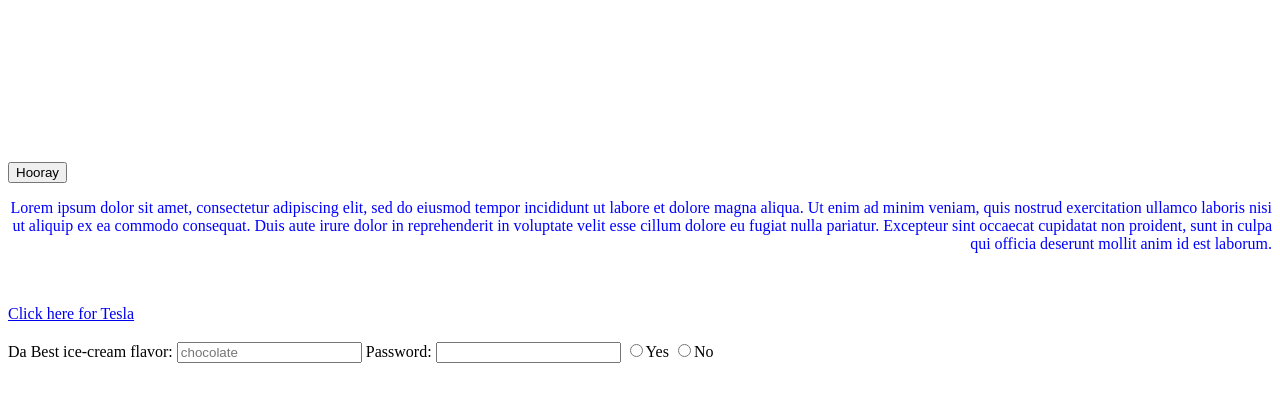
Repository: amilevich/1028PegaUSF
Page: workspace-sts-3.9.4.RELEASE/HelloHTML/src/main/webapp/index.html
The author's editor kept a copy of each file at every save. The page is drawn from the files as they stood at one save, then again after the next save.
The browser window is 1280 px wide. The pictures show the whole page.

Above is the page before, as saved 2019-11-21 20:17:08.

### workspace-sts-3.9.4.RELEASE/HelloHTML/src/main/webapp/index.html
<!DOCTYPE html>
<html>
<head>
<meta charset="UTF-8">
<title>Super Amazing Web Page</title>
</head>
<body>
<div style="color: white">
	<h1>Hello HTML</h1>
	<h3>Goodbye and Hello and Hello World</h3>
	<h5>Code like a Boss</h5>
</div>
	<button>Hooray</button>

	<!-- span element is for inline elements and is usually used for small chunks of HTML vs div element is block-line and is used to group larger chunks of code -->

	<!-- This is a comment -->

	<p style= "color: blue; text-align: right" >Lorem ipsum dolor sit amet, consectetur adipiscing elit, sed do
		eiusmod tempor incididunt ut labore et dolore magna aliqua. Ut enim ad
		minim veniam, quis nostrud exercitation ullamco laboris nisi ut
		aliquip ex ea commodo consequat. Duis aute irure dolor in
		reprehenderit in voluptate velit esse cillum dolore eu fugiat nulla
		pariatur. Excepteur sint occaecat cupidatat non proident, sunt in
		culpa qui officia deserunt mollit anim id est laborum.</p>

		<img src="">

		<br/>
		<br/>

	<a href="tesla.com">Click here for Tesla</a>

	<br/>
	<br/>

	<form>
	Da Best ice-cream flavor:
	<input type="text" placeholder="chocolate"/>
	Password:
	<input type="password"/>
	<input type="radio"/>Yes
	<input type="radio"/>No

	</form>

</body>
</html>

After the next save:
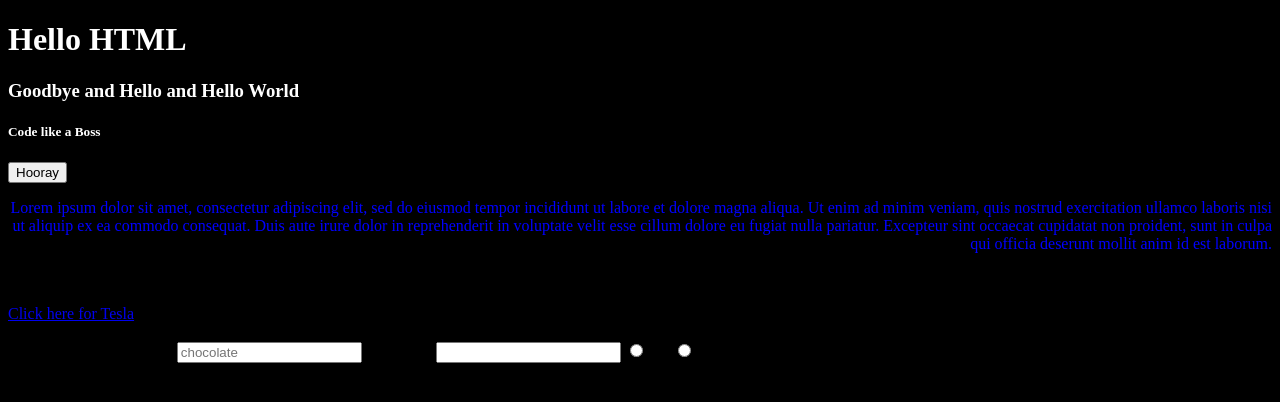
Saved 44 s later.
--- a/workspace-sts-3.9.4.RELEASE/HelloHTML/src/main/webapp/index.html
+++ b/workspace-sts-3.9.4.RELEASE/HelloHTML/src/main/webapp/index.html
@@ -4,7 +4,7 @@
 <meta charset="UTF-8">
 <title>Super Amazing Web Page</title>
 </head>
-<body>
+<body style= "background-color: black">
 <div style="color: white">
 	<h1>Hello HTML</h1>
 	<h3>Goodbye and Hello and Hello World</h3>
